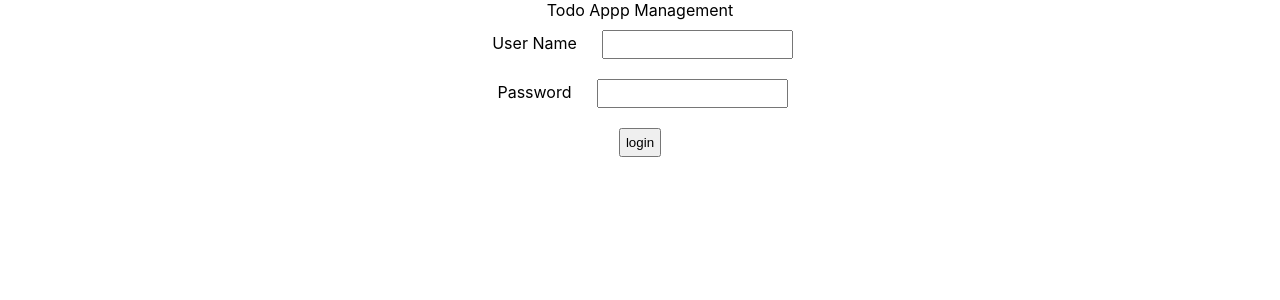
Repository: alexveremis/ReactWithRestAPI
Page: /todos
An editor plug-in stored every save of this project. The page is shown before and after the next save, followed by the edit.
The browser window is 1280 px wide. The pictures show the whole page.
The project was rebuilt for these pictures with package versions that can differ from the ones it lists, and the page was loaded fresh each time.

Above is the page before, as saved 2023-11-20 15:05:19.

After the next save:
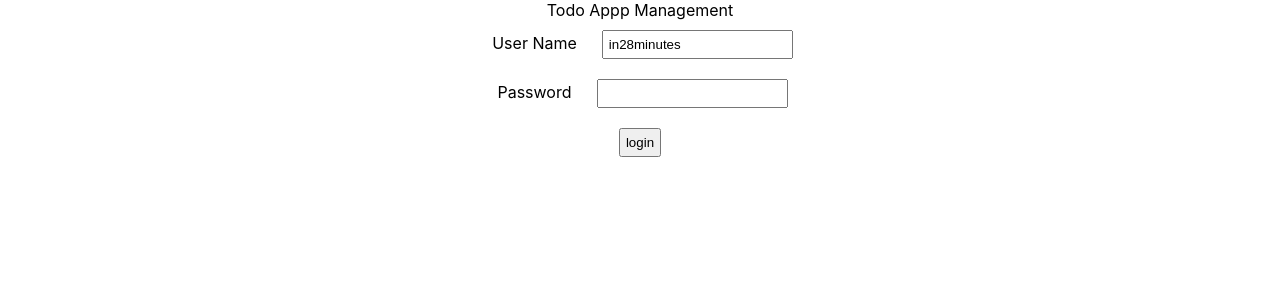
Saved 2 min 11 s later.
--- a/src/components/todo/TodoApp.jsx
+++ b/src/components/todo/TodoApp.jsx
@@ -16,7 +16,7 @@ function LoginComponent(){
             <div className="LoginForm">
                 <div>
                     <label>User Name</label>
-                    <input type="text" name="username" />
+                    <input type="text" name="username" value="in28minutes"/>
                 </div>
                 <div>
                     <label>Password</label>
